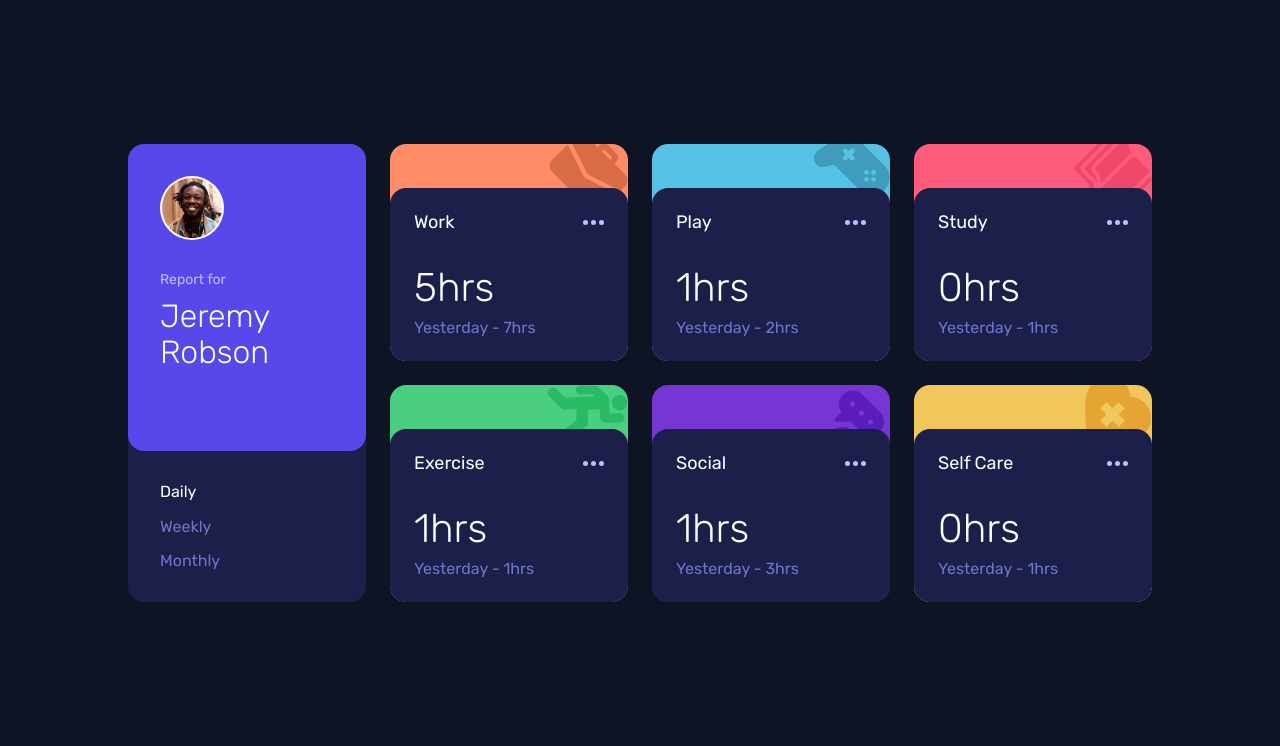
Repository: Jay-JYKim91/FM_time-tracking-dashboard
Page: index.html
The author's editor kept a copy of each file at every save. The page is drawn from the files as they stood at one save, then again after the next save.
The browser window is 1280 px wide. The pictures show the whole page.

Above is the page before, as saved 2021-12-16 22:57:27.

### index.html
<!DOCTYPE html>
<html lang="en">
<head>
  <meta charset="UTF-8">
  <meta name="viewport" content="width=device-width, initial-scale=1.0"> <!-- displays site properly based on user's device -->

  <link rel="icon" type="image/png" sizes="32x32" href="./images/favicon-32x32.png">

  <title>Time tracking dashboard</title>
  <link rel="stylesheet" href="https://cdnjs.cloudflare.com/ajax/libs/normalize/8.0.1/normalize.min.css" integrity="sha512-NhSC1YmyruXifcj/KFRWoC561YpHpc5Jtzgvbuzx5VozKpWvQ+4nXhPdFgmx8xqexRcpAglTj9sIBWINXa8x5w==" crossorigin="anonymous" referrerpolicy="no-referrer" />
  <link rel="preconnect" href="https://fonts.googleapis.com">
  <link rel="preconnect" href="https://fonts.gstatic.com" crossorigin>
  <link href="https://fonts.googleapis.com/css2?family=Rubik:wght@300;400;500&display=swap" rel="stylesheet">
  <link rel="stylesheet" href="style.css">
  <script src="main.js" defer></script>
</head>
<body>
  <section class="container">
    <article class="card profile-card">
        <div class="profile-card--name">
          <div class="profile-img-box">
            <img src="./images/image-jeremy.png" alt="jeremy" class="profile-img">
          </div>
          <p>Report for</p>
          <p class="name">Jeremy Robson</p>
        </div>
        <div class="option">
          <input type="radio" name="period" value="daily" id="daily"  data-time="date" checked>
          <label for="daily" class="change-duration" id="daily-label">Daily</label>
          <input type="radio" name="period" value="weekly" id="weekly" data-time="week">
          <label for="weekly" class="change-duration" id="weekly-label">Weekly</label>
          <input type="radio" name="period" value="monthly" id="monthly" data-time="month">
          <label for="monthly" class="change-duration" id="monthly-label">Monthly</label>
        </div>
        <!-- <ul>
          <li>Daily</li>
          <li><a href="">Weekly</a></li>
          <li><a href="">Monthly</a></li>
        </ul> -->
    </article>
    <article class="card feature-card work-bg">
      <div class="card feature-card--text">
        <div class="title-wrapper">
          <p class="title">Work</p>
          <img src="./images/icon-ellipsis.svg" alt="ellipsis">
        </div>
        <p class="time"></p>
        <p class="previous-time"></p>
      </div>
    </article>
    <article class="card feature-card play-bg">
      <div class="card feature-card--text">
        <div class="title-wrapper">
          <p class="title">Play</p>
          <img src="./images/icon-ellipsis.svg" alt="ellipsis">
        </div>
        <p class="time"></p>
        <p class="previous-time"></p>
      </div>
    </article>
    <article class="card feature-card study-bg">
      <div class="card feature-card--text">
        <div class="title-wrapper">
          <p class="title">Study</p>
          <img src="./images/icon-ellipsis.svg" alt="ellipsis">
        </div>
        <p class="time"></p>
        <p class="previous-time"></p>
      </div>
    </article>
    <article class="card feature-card exercise-bg">
      <div class="card feature-card--text">
        <div class="title-wrapper">
          <p class="title">Exercise</p>
          <img src="./images/icon-ellipsis.svg" alt="ellipsis">
        </div>
        <p class="time"></p>
        <p class="previous-time"></p>
      </div>
    </article>
    <article class="card feature-card social-bg">
      <div class="card feature-card--text">
        <div class="title-wrapper">
          <p class="title">Social</p>
          <img src="./images/icon-ellipsis.svg" alt="ellipsis">
        </div>
        <p class="time"></p>
        <p class="previous-time"></p>
      </div>
    </article>
    <article class="card feature-card self-care-bg">
      <div class="card feature-card--text">
        <div class="title-wrapper">
          <p class="title">Self Care</p>
          <img src="./images/icon-ellipsis.svg" alt="ellipsis">
        </div>
        <p class="time"></p>
        <p class="previous-time"></p>
      </div>
    </article>
  </section>








  <!-- <div class="attribution">
    Challenge by <a href="https://www.frontendmentor.io?ref=challenge" target="_blank">Frontend Mentor</a>.
    Coded by <a href="#">Your Name Here</a>.
  </div> -->
</body>
</html>

### style.css
:root {
  --body-font: "Rubik", sans-serif;

  --blue: hsl(246, 80%, 60%);
  --light-red-work: hsl(15, 100%, 70%);
  --soft-blue-play: hsl(195, 74%, 62%);
  --light-red-study: hsl(348, 100%, 68%);
  --lime-green-exercise: hsl(145, 58%, 55%);
  --violet-social: hsl(264, 64%, 52%);
  --soft-orange-self-care: hsl(43, 84%, 65%);
  --very-dark-blue: hsl(226, 43%, 10%);
  --dark-blue: hsl(235, 46%, 20%);
  --desaturated-blue: hsl(235, 45%, 61%);
  --pale-blue: hsl(236, 100%, 87%);
}
body {
  background-color: var(--very-dark-blue);
  color: white;
  font-family: var(--body-font);
}
a {
  text-decoration: none;
  color: white;
}
p {
  margin: 0;
}
.container {
  width: 80vw;
  margin: 20vh auto;
  display: grid;
  grid-template-columns: repeat(4, 1fr);
  gap: 1.5em;
}
.card {
  border-radius: 1em;
  background-color: var(--dark-blue);
}
.profile-card {
  grid-row: 1 / 3;
}
/* .profile-card ul {
  list-style: none;
  padding-left: 2em;
  margin: 2em 0;
} */
.option {
  display: grid;
  padding: 2em;
  grid-gap: 1em;
}
.option input[type="radio"] {
  display: none;
}
.option input[type="radio"]:checked + label {
  color: white;
}
.option label {
  color: var(--desaturated-blue);
}
.profile-card--name {
  background-color: var(--blue);
  padding: 2em;
  border-radius: 1em;
}
.profile-card--name p {
  color: var(--pale-blue);
  margin: 0;
  font-size: 14px;
}
.profile-card--name .name {
  color: white;
  font-size: 2rem;
  font-weight: 300;
  margin: 0.3em 0 1.5em 0;
}
.profile-img-box {
  width: 64px;
  height: 64px;
  border-radius: 50%;
  background-color: white;
  margin-bottom: 2em;
}
.profile-img {
  width: 60px;
  margin: 2px;
}
.profile-card li {
  margin-bottom: 1em;
}
.profile-card li a {
  font-size: 18px;
  color: var(--desaturated-blue);
}
.feature-card {
  position: relative;
  background-repeat: no-repeat;
  background-position: top right;
  background-position-y: -10px;
}
.feature-card--text {
  position: absolute;
  bottom: 0;
  width: -webkit-fill-available;
  padding: 1.5em;
}
.title-wrapper {
  display: flex;
  justify-content: space-between;
  align-items: center;
}
.title-wrapper .title {
  font-size: 1.125rem;
  font-weight: 400;
  margin: 0;
}
.title-wrapper img {
  /* height: fit-content; */
}
.time {
  font-size: 2.5rem;
  margin: 0.8em 0 0.2em 0;
  font-weight: 300;
}
.previous-time {
  color: var(--desaturated-blue);
}

.work-bg {
  background-image: url("./images/icon-work.svg");
  background-color: var(--light-red-work);
}
.play-bg {
  background-image: url("./images/icon-play.svg");
  background-color: var(--soft-blue-play);
}
.exercise-bg {
  background-image: url("./images/icon-exercise.svg");
  background-color: var(--lime-green-exercise);
  background-position-y: 0;
}
.self-care-bg {
  background-image: url("./images/icon-self-care.svg");
  background-color: var(--soft-orange-self-care);
}
.social-bg {
  background-image: url("./images/icon-social.svg");
  background-color: var(--violet-social);
  background-position-y: 0;
}
.study-bg {
  background-image: url("./images/icon-study.svg");
  background-color: var(--light-red-study);
}
@media (min-width: 768px) and (max-width: 1023px) {
}

@media (max-width: 767px) {
}

### main.js
const defaultCurrent = document.getElementsByClassName('time');
const defaultPrevious = document.getElementsByClassName('previous-time');
let dailyCurrentList   = [];
let dailyPreviousList  = [];
let weeklyCurrentList  = [];
let weeklyPreviousList = [];
let monthlyCurrentList = [];
let monthlyPreviousList = [];

// Get data
fetch('./data.json')
.then(response => response.json())
.then(json_data =>  {
  json_data.forEach(element => {
    dailyCurrentList.push(element.timeframes.daily.current);
    dailyPreviousList.push(element.timeframes.daily.previous);
    weeklyCurrentList.push(element.timeframes.weekly.current);
    weeklyPreviousList.push(element.timeframes.weekly.previous);
    monthlyCurrentList.push(element.timeframes.monthly.current);
    monthlyPreviousList.push(element.timeframes.monthly.previous);
  })
})
.then(() => {
    for (let i = 0; i < dailyCurrentList.length; i++) {
        defaultCurrent[i].innerText = dailyCurrentList[i] + 'hrs';
        defaultPrevious[i].innerText = 'Yesterday - ' + dailyPreviousList[i] + 'hrs';
    }
})

// Display data
let periodOptionList = document.getElementsByName('period');

periodOptionList.forEach(periodOption => {
    periodOption.addEventListener('click', function() {
        if (periodOption.checked) {
            displayData(periodOption.value);
        }
    })
})

//
function displayData(period) {{
    let curList;
    let prevList;
    let detailText;

    switch (period) {
        case 'daily':
            curList = dailyCurrentList;
            prevList = dailyPreviousList;
            detailText = "Yesterday";
            break;
        case 'weekly':
            curList = weeklyCurrentList;
            prevList = weeklyPreviousList;
            detailText = "Last week";
            break;
        case 'monthly':
            curList = monthlyCurrentList;
            prevList = monthlyPreviousList;
            detailText = "Last month";
            break;
    }
    // console.log(curList);
    // console.log(detailText);
    for (let i = 0; i < dailyPreviousList.length; i++) {
        // console.log(curList[i]);
        defaultCurrent[i].innerText = curList[i] + 'hrs';
        defaultPrevious[i].innerText = detailText + ' - ' + prevList[i] + 'hrs';
    }
}}

Loaded but not shown: data.json (common file)

After the next save:
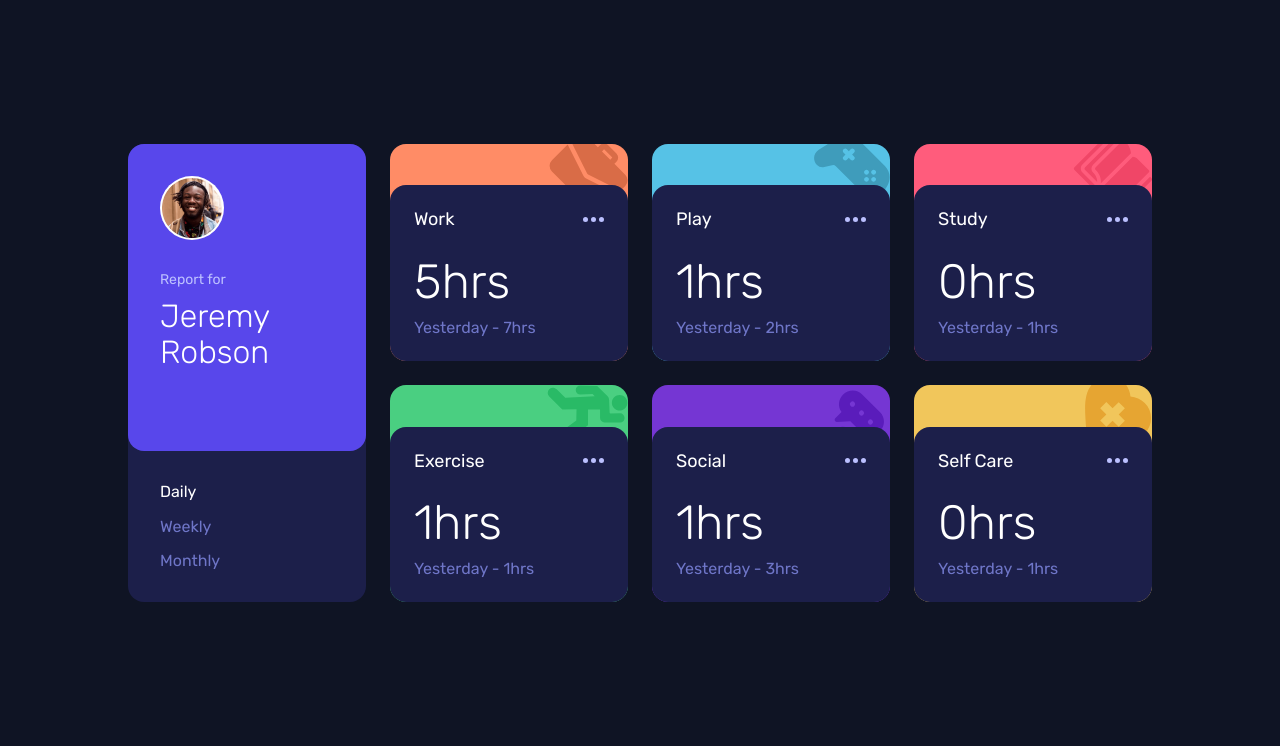
Saved 4 min 33 s later.
--- a/style.css
+++ b/style.css
@@ -118,8 +118,8 @@ p {
   /* height: fit-content; */
 }
 .time {
-  font-size: 2.5rem;
-  margin: 0.8em 0 0.2em 0;
+  font-size: 3rem;
+  margin: 0.5em 0 0.2em 0;
   font-weight: 300;
 }
 .previous-time {
